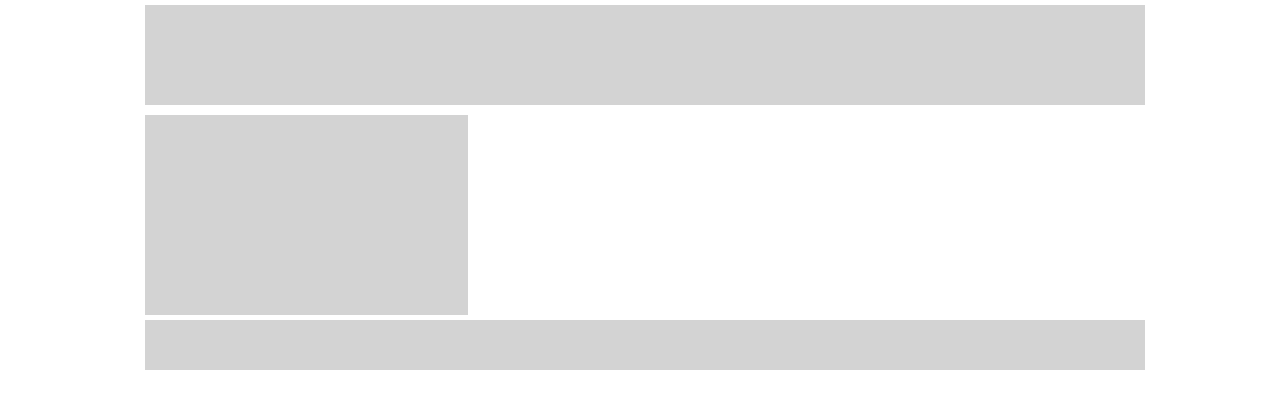
Repository: onopriienkoalina/onopriienkoalina.github.io
Page: dz9_containers/index.html
The author's editor kept a copy of each file at every save. The page is drawn from the files as they stood at one save, then again after a run of saves.
The browser window is 1280 px wide. The pictures show the whole page.
The style sheet was rebuilt from its Sass, Less or Tailwind sources for each picture, by a compiler version that may differ from the author's.

Above is the page before, as saved 2021-12-01 18:28:25.

### dz9_containers/index.html
<!DOCTYPE html>
<html lang="en">
<head>
    <meta charset="UTF-8">
    <meta http-equiv="X-UA-Compatible" content="IE=edge">
    <meta name="viewport" content="width=device-width, initial-scale=1.0">
    <title>Document</title>
    <link href="reset.css" rel="stylesheet">
    <link href="css/style.css" rel="stylesheet">
</head>
<body>
    <div class="block1">
<div class="header"></div>
<div class="section1"></div>
<div class="section2"></div>
<div class="section3"></div>
<div class="footer"></div>
</div>
</body>
</html>

### dz9_containers/style.scss

.section1{
 float: left;
 width: 32.33%;
 height: 200px;
 margin: 5px;
 background-color: #D3D3D3;
}
.header {
    clear: left;
    width: 100%;
    height: 100px;
    margin: 5px;
    background-color: #D3D3D3;
}
.footer {
    clear: left;
    width: 100%;
    height: 50px;
    margin: 5px;
    background-color: #D3D3D3;
}
.block1 {
    width: 1000px;
    margin: auto;
}

Loaded but not shown: dz9_containers/reset.css (common file)

After the next 7 saves:
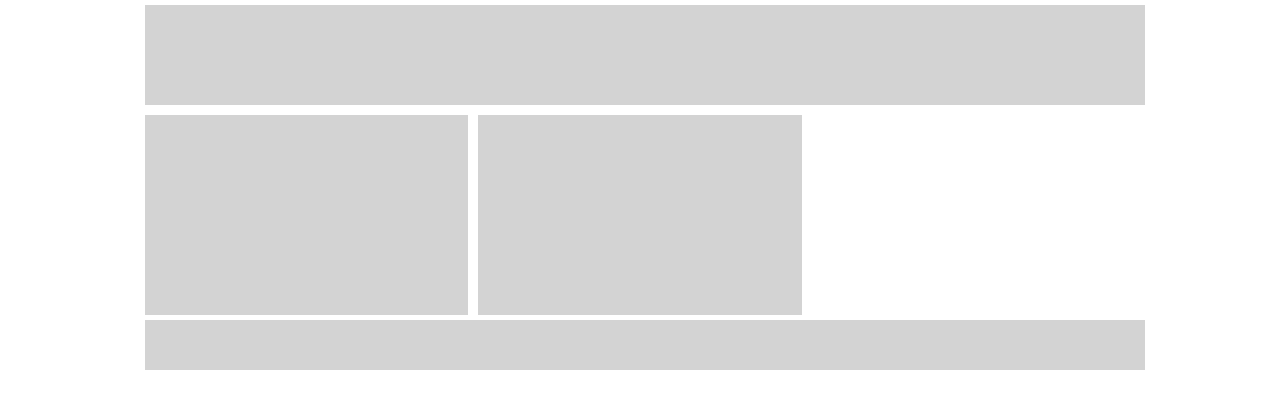
The 7 saves are shown as one change because 2 did not build or start and some came seconds apart.
The last was saved 64 s later.
--- a/dz9_containers/style.scss
+++ b/dz9_containers/style.scss
@@ -5,6 +5,13 @@
  height: 200px;
  margin: 5px;
  background-color: #D3D3D3;
+}
+.section2{
+    float: left;
+    width: 32.33%;
+    height: 200px;
+    margin: 5px;
+    background-color: #D3D3D3;
 }
 .header {
     clear: left;
